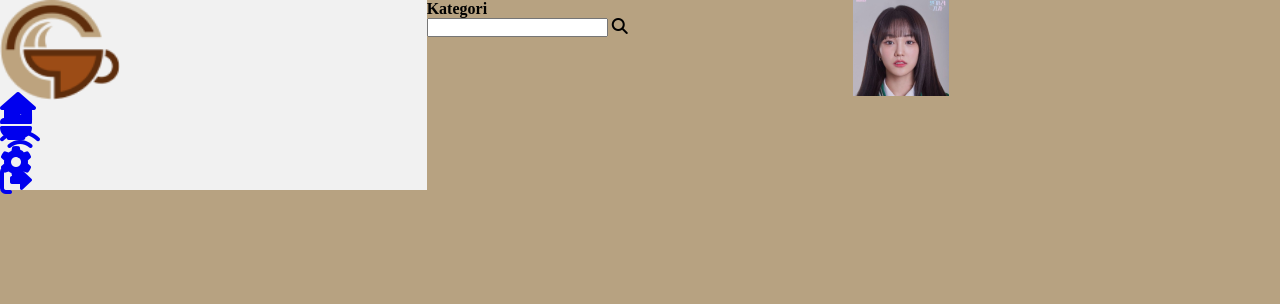
Repository: DanielChuaaa/sbd2
Page: index.html
An editor plug-in stored every save of this project. The page is shown before and after the next save, followed by the edit.
The browser window is 1280 px wide. The pictures show the whole page.
Some web libraries are served in a nearby version.

Above is the page before, as saved 2023-10-20 10:00:20.

After the next save:
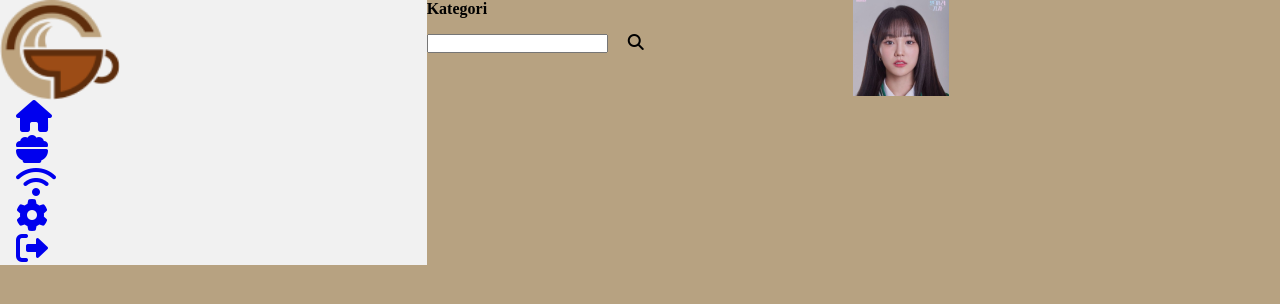
Saved 31 s later.
--- a/style.css
+++ b/style.css
@@ -35,7 +35,6 @@ body{
     flex-direction: column;
 }
 
-/* .fa-solid{
-    width: 50px;
-    height: 50px;
-} */
+.fa-solid{
+    padding: 1rem;
+}
